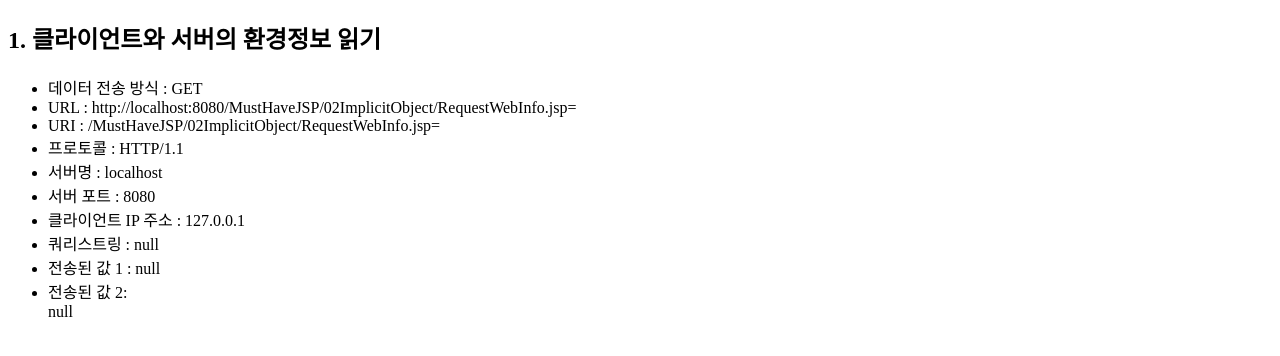
Repository: khs09/JSP_servelet
Page: http://localhost/MustHaveJSP/02ImplicitObject/RequestWebInfo.jsp
An editor plug-in stored every save of this project. The page is shown before and after the next save, followed by the edit.
The browser window is 1280 px wide. The pictures show the whole page.
The page is served by Tomcat 10.

Above is the page before, as saved 2025-05-02 06:14:29.

After the next save:
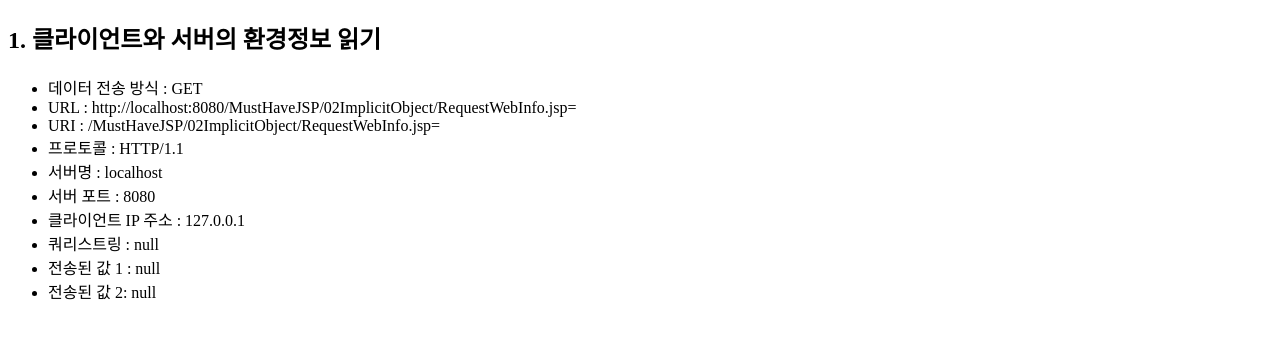
Saved 3 min 5 s later.
--- a/MustHaveJSP/src/main/webapp/02ImplicitObject/RequestWebInfo.jsp
+++ b/MustHaveJSP/src/main/webapp/02ImplicitObject/RequestWebInfo.jsp
@@ -16,7 +16,7 @@
 	<li>클라이언트 IP 주소 : <%= request.getRemoteAddr() %></li>
 	<li>쿼리스트링 : <%= request.getQueryString() %></li>
 	<li>전송된 값 1 : <%= request.getParameter("eng") %></li>
-	<li>전송된 값 2:</li> <%= request.getParameter("han") %></li>
+	<li>전송된 값 2: <%= request.getParameter("han") %></li>
 
 
 </ul>
